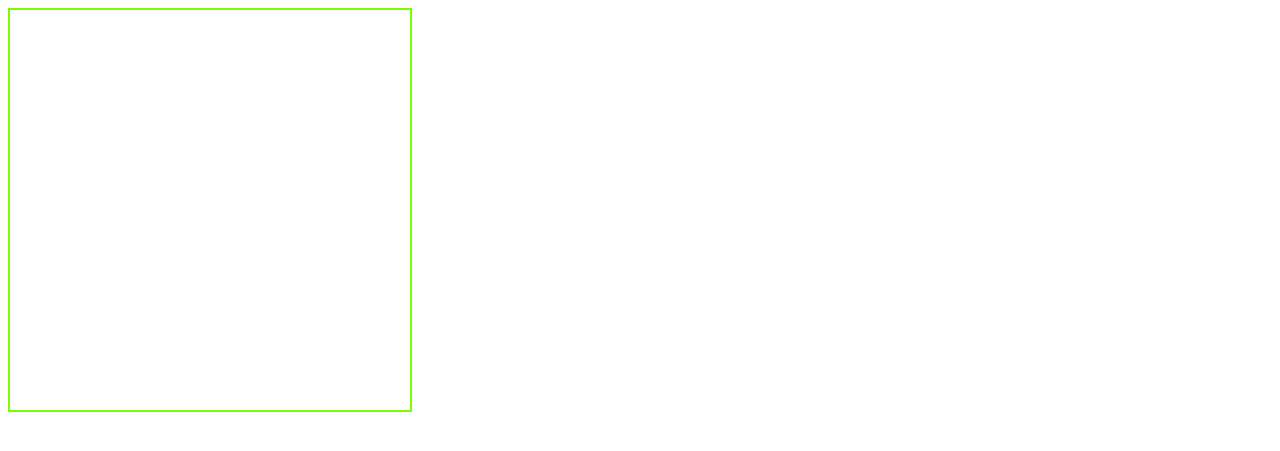
Repository: xzm1997/huntjob
Page: 面试/常见问题/practice/practice_2.html
The author's editor kept a copy of each file at every save. The page is drawn from the files as they stood at one save, then again after the next save.
The browser window is 1280 px wide. The pictures show the whole page.

Above is the page before, as saved 2022-06-14 09:25:13.

### 面试/常见问题/practice/practice_2.html
<!DOCTYPE html>
<html lang="en">
<head>
    <meta charset="UTF-8">
    <meta http-equiv="X-UA-Compatible" content="IE=edge">
    <meta name="viewport" content="width=device-width, initial-scale=1.0">
    <title>垂直水平居中</title>
    <style>
        .wp {
            width: 400px;
            height: 400px;
            border: solid lawngreen 2px;
            display: flex;
            justify-content: center;
            align-items: center;
        }
    </style>
</head>
<body>
    <div class="wp">
        <div class="box"></div>
    </div>
</body>
</html>

After the next save:
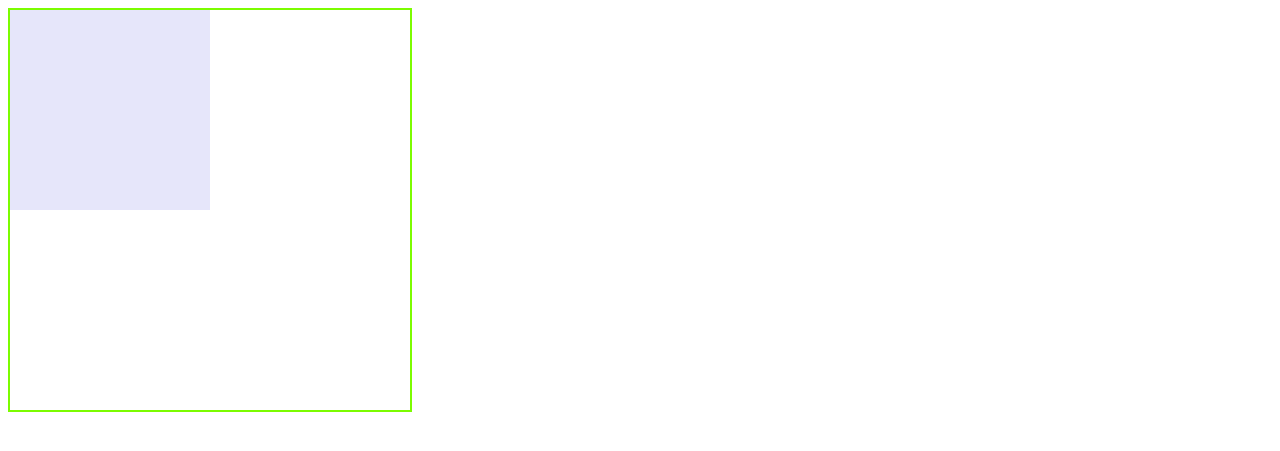
Saved 9 s later.
--- a/面试/常见问题/practice/practice_2.html
+++ b/面试/常见问题/practice/practice_2.html
@@ -10,9 +10,12 @@
             width: 400px;
             height: 400px;
             border: solid lawngreen 2px;
-            display: flex;
-            justify-content: center;
-            align-items: center;
+            position: relative;
+        }
+        .box {
+            width: 200px;
+            height: 200px;
+            background: lavender;
         }
     </style>
 </head>
